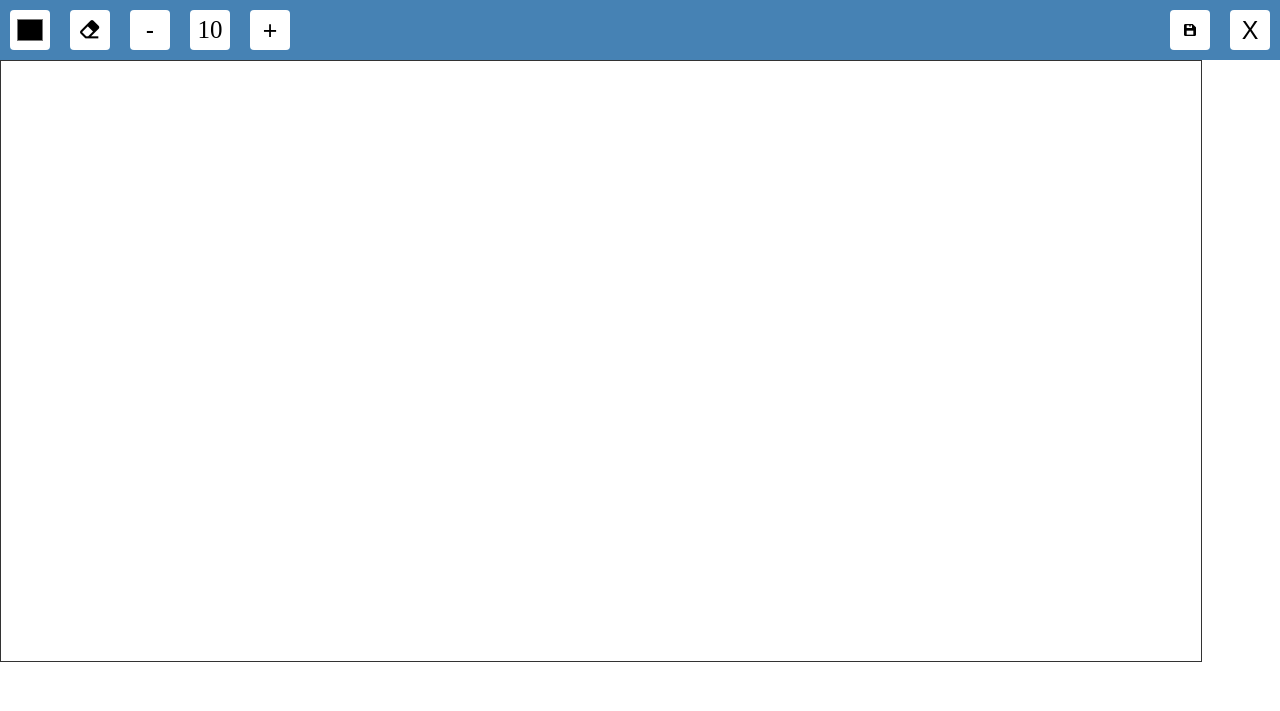
Repository: reminzuetto/DrawingApp
Page: index.html
These files come from the project's save history. The page is drawn as it stood at one moment and after the next save; the edit follows.
The browser window is 1280 px wide. The pictures show the whole page.

Above is the page before, as saved 2024-06-10 20:37:38.

### index.html
<!DOCTYPE html>
<html lang="en">
  <head>
    <meta charset="UTF-8" />
    <meta http-equiv="X-UA-Compatible" content="IE=edge" />
    <meta name="viewport" content="width=device-width, initial-scale=1.0" />
    <title>Drawing App</title>
    <link
      href="https://unpkg.com/boxicons@2.0.9/css/boxicons.min.css"
      rel="stylesheet"
    />
    <link rel="stylesheet" href="style.css" />
  </head>
  <body>
    <div class="container">
      <div class="tools">
        <input type="color" id="color" />
        <button id="eraser">
          <i class="bx bxs-eraser"></i>
        </button>
        <button id="decrease">-</button>
        <span id="size">10</span>
        <button id="increase">+</button>
        <a download="example.png" id="save">
          <i class="bx bxs-save"></i>
        </a>
        <button id="clear">X</button>
      </div>
      <canvas id="canvas" width="1200" height="600"></canvas>
    </div>

    <script src="main.js"></script>
  </body>
</html>

### style.css
* {
  box-sizing: border-box;
  padding: 0;
  margin: 0;
}

body {
  background-color: #fff;
}

canvas {
  position: relative;
  display: block;
  margin: 10 auto;
  border: 1px solid #333;
}

.tools {
  background-color: steelblue;
  display: flex;
  align-items: center;
}

.tools > * {
  background-color: #fff;
  border: none;
  font-size: 25px;
  height: 40px;
  width: 40px;
  padding: 5px;
  margin: 10px;
  display: flex;
  align-items: center;
  justify-content: center;
  cursor: pointer;
  border-radius: 4px;
}

#save {
  font-size: 16px;
  margin-left: auto;
  text-decoration: none;
}

### main.js
const canvas = document.getElementById("canvas");
const colorEl = document.getElementById("color");
const eraserEl = document.getElementById("eraser");
const decreaseBtn = document.getElementById("decrease");
const increaseBtn = document.getElementById("increase");
const sizeEL = document.getElementById("size");
const saveEl = document.getElementById("save");
const clearEl = document.getElementById("clear");

const context = canvas.getContext("2d");

let size = 10;
let isPressed = false;
colorEl.value = "black";
let color = colorEl.value;
let x, y;

canvas.addEventListener("mousedown", (e) => {
  isPressed = true;

  x = e.offsetX;
  y = e.offsetY;
});

document.addEventListener("mouseup", (e) => {
  isPressed = false;

  x = undefined;
  y = undefined;
});

canvas.addEventListener("mousemove", (e) => {
  if (isPressed) {
    const x2 = e.offsetX;
    const y2 = e.offsetY;

    drawCircle(x2, y2);
    drawLine(x, y, x2, y2);

    x = x2;
    y = y2;
  }
});

function drawCircle(x, y) {
  context.beginPath();
  context.arc(x, y, size, 0, Math.PI * 2);
  context.fillStyle = color;
  context.fill();
}

function drawLine(x1, y1, x2, y2) {
  context.beginPath();
  context.moveTo(x1, y1);
  context.lineTo(x2, y2);
  context.strokeStyle = color;
  context.lineWidth = size * 2;
  context.stroke();
}

function updateSizeOnScreen() {
  sizeEL.innerText = size;
}

increaseBtn.addEventListener("click", () => {
  size += 5;

  if (size > 50) {
    size = 50;
  }

  updateSizeOnScreen();
});

decreaseBtn.addEventListener("click", () => {
  size -= 5;

  if (size < 5) {
    size = 5;
  }

  updateSizeOnScreen();
});

colorEl.addEventListener("change", (e) => (color = e.target.value));

clearEl.addEventListener("click", () =>
  context.clearRect(0, 0, canvas.width, canvas.height)
);

eraserEl.addEventListener("click", () => {
  color = "#fff";
});

saveEl.addEventListener("click", (e) => {
  const imageURI = canvas.toDataURL("image/png");
  e.currentTarget.href = imageURI;
});

After the next save:
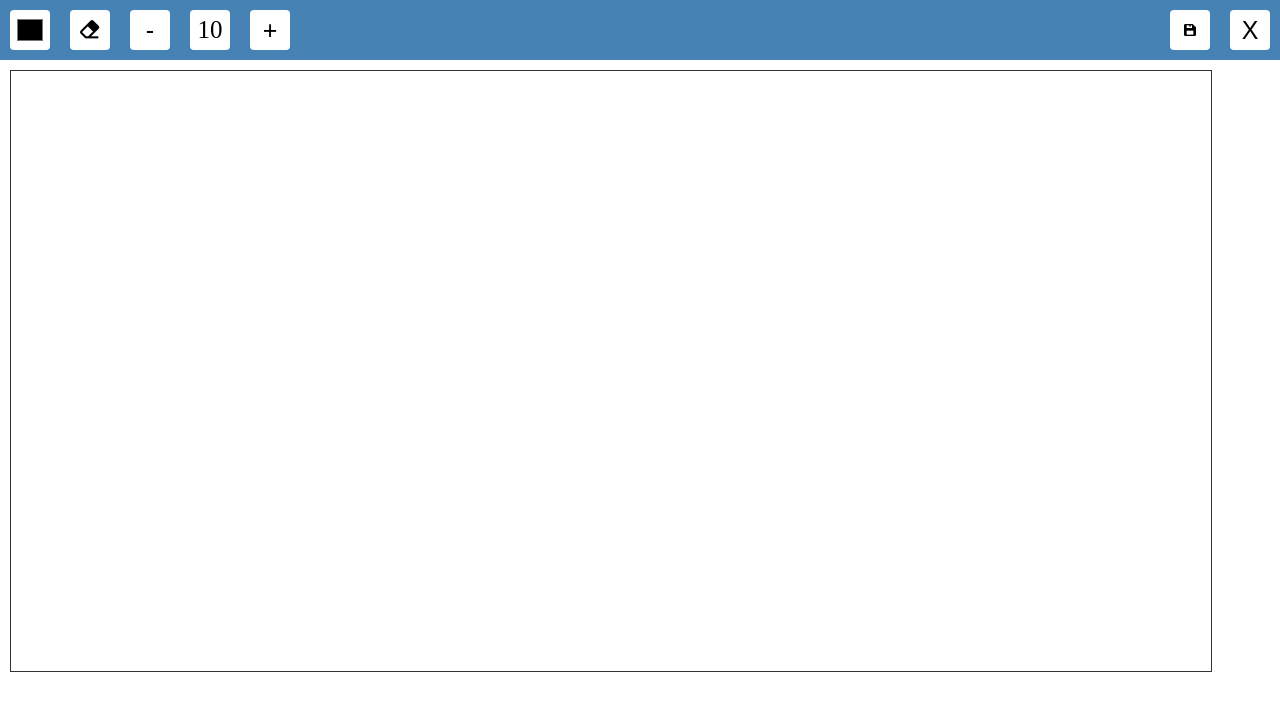
Saved 7 s later.
--- a/style.css
+++ b/style.css
@@ -11,7 +11,7 @@ body {
 canvas {
   position: relative;
   display: block;
-  margin: 10 auto;
+  margin: 10px 10px;
   border: 1px solid #333;
 }
 
